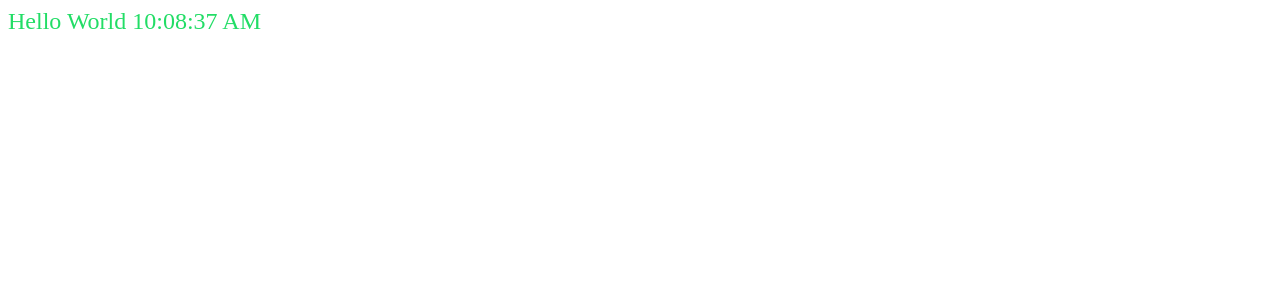
Repository: xzm1997/react-learning
Page: /
These files come from the project's save history. The page is drawn as it stood at one moment and after the next save; the edit follows.
The browser window is 1280 px wide. The pictures show the whole page.
The project was rebuilt for these pictures with package versions that can differ from the ones it lists, and the page was loaded fresh each time.

Above is the page before, as saved 2023-01-30 11:33:43.

After the next save:
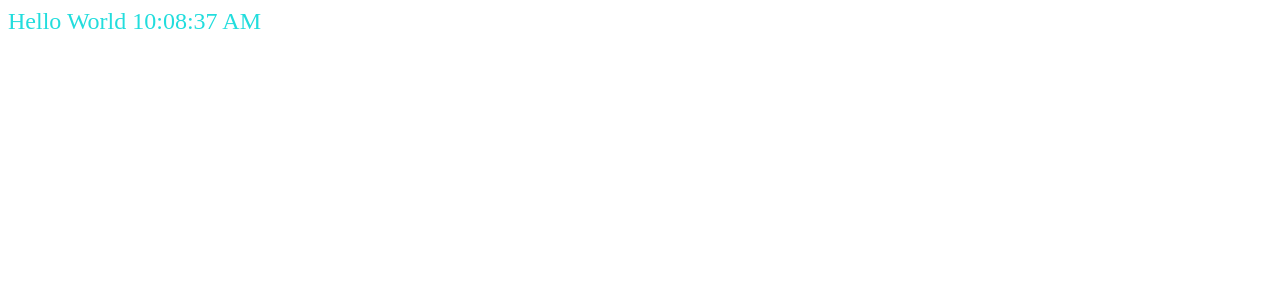
Saved 82 s later.
--- a/src/index.css
+++ b/src/index.css
@@ -1,4 +1,4 @@
 .helloWorld {
-  color: #2d6;
+  color: #2dd;
   font-size: 24px;
 }
